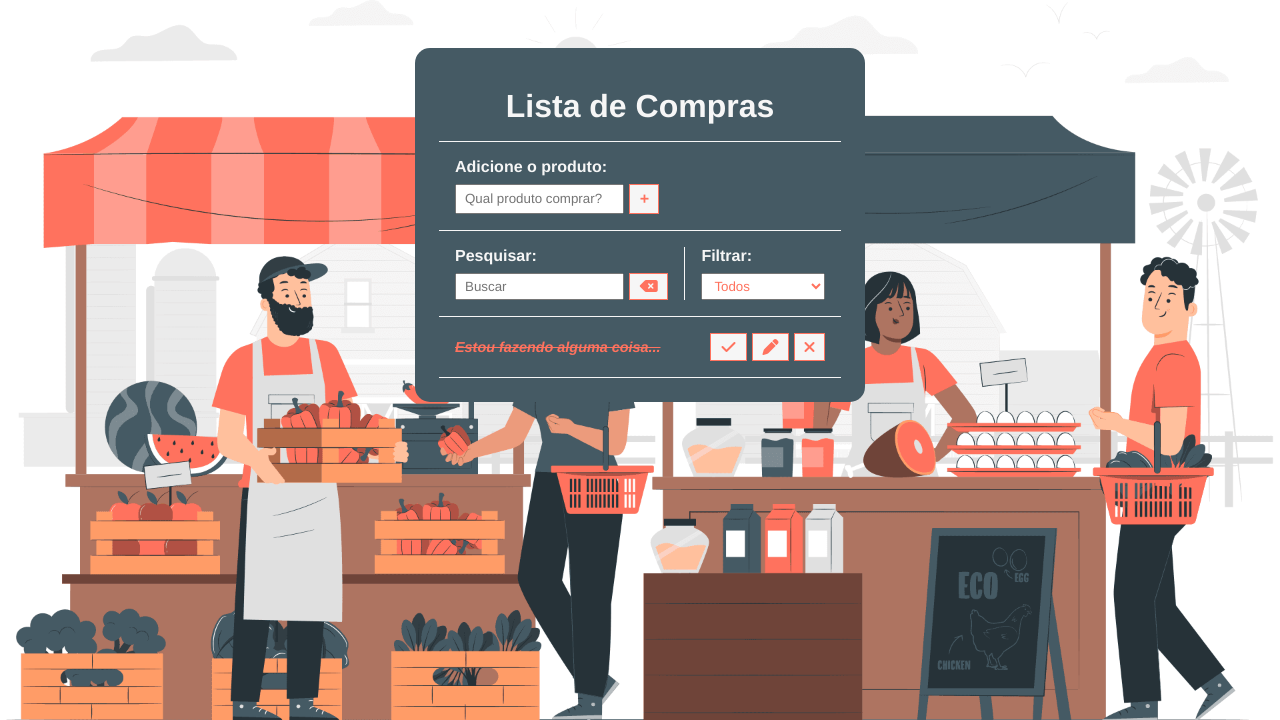
Repository: Dkrvalho/mercado
Page: index.html
The author's editor kept a copy of each file at every save. The page is drawn from the files as they stood at one save, then again after a run of saves.
The browser window is 1280 px wide. The pictures show the whole page.

Above is the page before, as saved 2023-01-09 15:39:27.

After the next 3 saves:
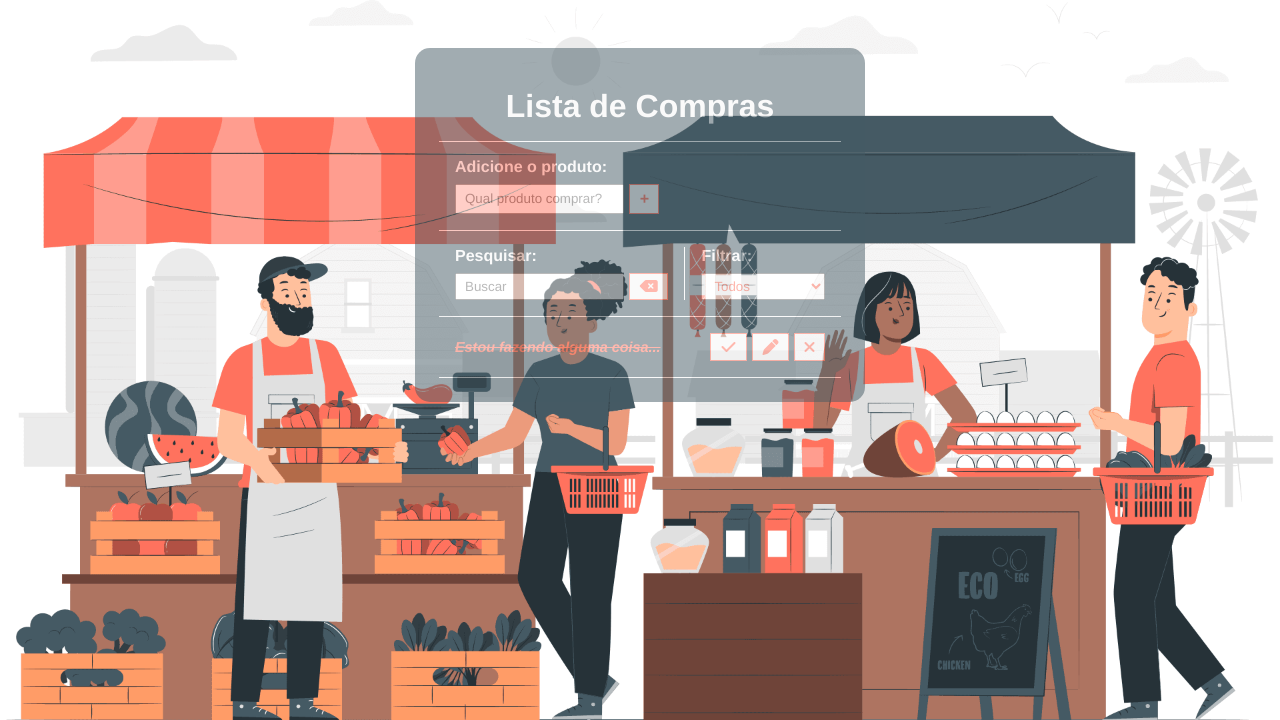
The 3 saves are shown as one change because they came seconds apart.
The last was saved 56 s later.
--- a/css/style.css
+++ b/css/style.css
@@ -13,7 +13,7 @@
     -moz-background-size: cover;
     -o-background-size: cover;
     background-size: cover;
-
+    opacity: .5;
   }
 
 button {

After the 2 saves that followed:
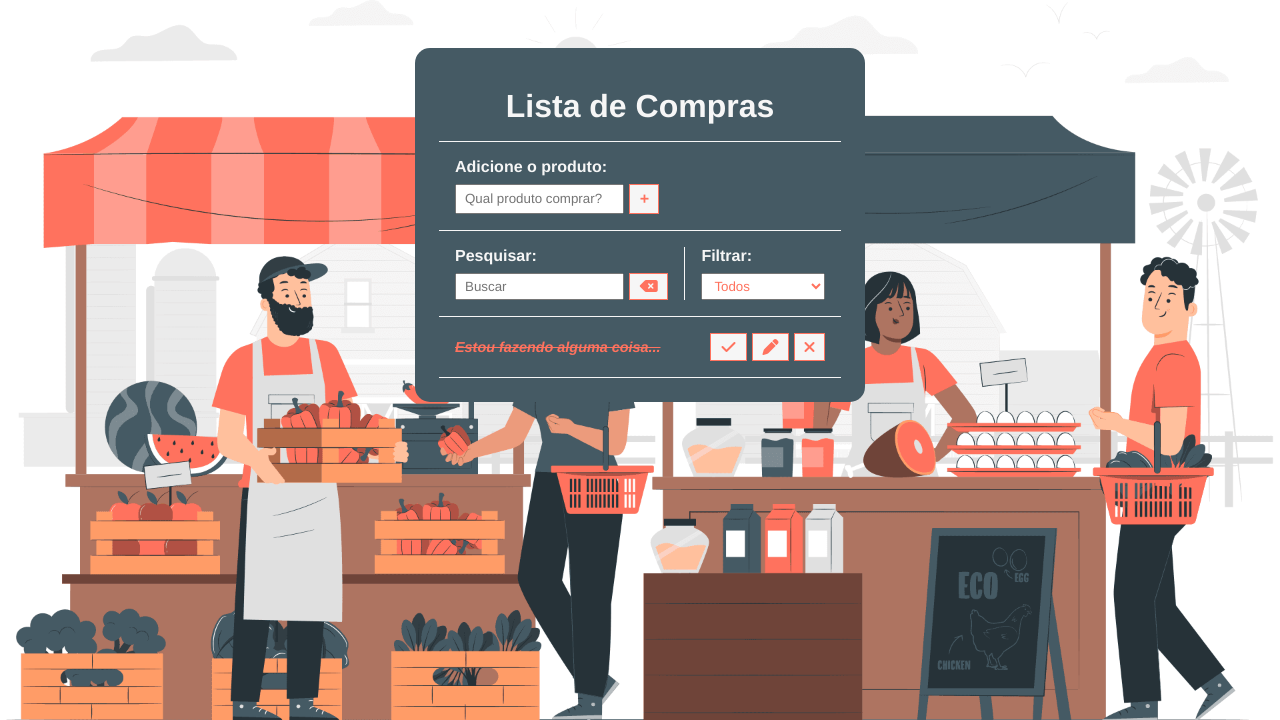
The 2 saves are shown as one change because they came seconds apart.
The last was saved 11 s later.
--- a/css/style.css
+++ b/css/style.css
@@ -13,7 +13,7 @@
     -moz-background-size: cover;
     -o-background-size: cover;
     background-size: cover;
-    opacity: .5;
+    opacity: ;
   }
 
 button {
